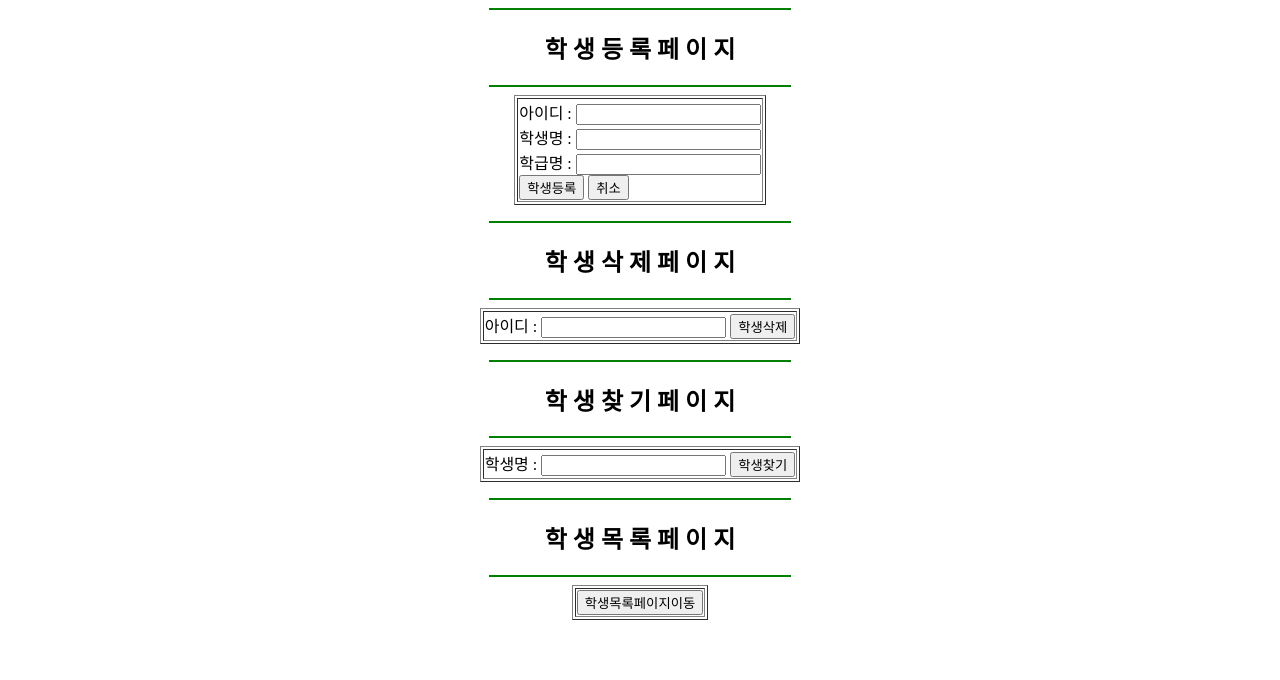
Repository: dlswn666/SpringStudy
Page: http://localhost/mvc3/student.jsp
These files come from the project's save history. The page is drawn as it stood at one moment and after the next save; the edit follows.
The browser window is 1280 px wide. The pictures show the whole page.
The page is served by Tomcat 9. Nobody is signed in. The application's start-up code is not run. Other server files are loaded and not shown.

Above is the page before, as saved 2021-02-21 09:07:23.

### mvc3/WebContent/student.jsp
<%@ page language="java" contentType="text/html; charset=EUC-KR"
    pageEncoding="EUC-KR"%>
<html>
<head>
	<title>학생관리</title>
</head>
<body>
	<div align="center">
		<hr color="green" width="300">
		<h2>학 생 등 록 페 이 지</h2>
		<hr color="green" width="300">
		<form name="f" action="student.do" method="post">
			<table border="1">
				<tr>
					<td>
						아이디 : <input type="text" name="id"><br>
						학생명 : <input type="text" name="name"><br>
						학급명 : <input type="text" name="cname"><br>
						<input type="submit" value="학생등록">
						<input type="reset" value="취소">
					</td>
				</tr>
			</table>
		</form>
		<hr color="green" width="300">
		<h2>학 생 삭 제 페 이 지</h2>
		<hr color="green" width="300">
		<form name="f" action="student.do" method="post">
			<table border="1">
				<tr>
					<td>
						아이디 : <input type="text" name="id">
						<input type="submit" value="학생삭제">
					</td>
				</tr>
			</table>
		</form>
		<hr color="green" width="300">
		<h2>학 생 찾 기 페 이 지</h2>
		<hr color="green" width="300">
		<form name="f" action="student.do" method="post">
			<table border="1">
				<tr>
					<td>
						학생명 : <input type="text" name="name">
						<input type="submit" value="학생찾기">
					</td>
				</tr>
			</table>
		</form>
		<hr color="green" width="300">
		<h2>학 생 목 록 페 이 지</h2>
		<hr color="green" width="300">
		<form name="f" action="list.st" method="post">
			<table border="1">
				<tr>
					<td>
						<input type="submit" value="학생목록페이지이동">
					</td>
				</tr>
			</table>
		</form>
	</div>
</body>
</html>

After the next save:
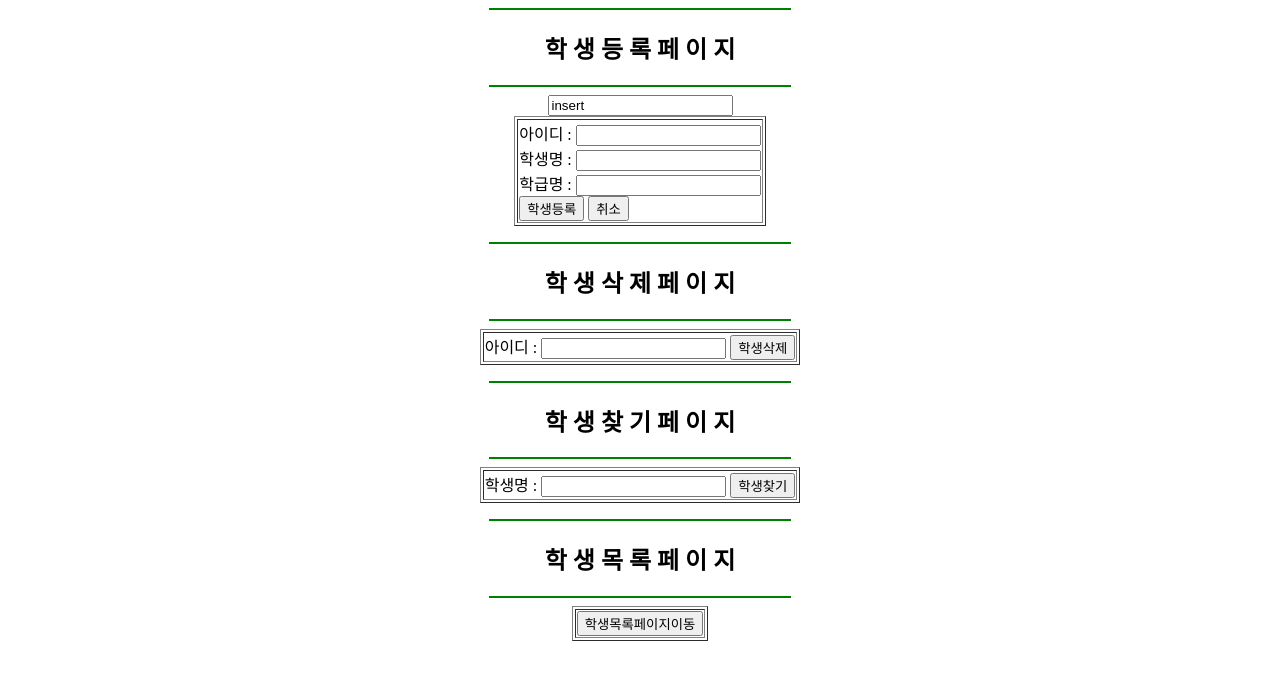
Saved 36 s later.
--- a/mvc3/WebContent/student.jsp
+++ b/mvc3/WebContent/student.jsp
@@ -10,6 +10,7 @@
 		<h2>학 생 등 록 페 이 지</h2>
 		<hr color="green" width="300">
 		<form name="f" action="student.do" method="post">
+		<input type="hiden" name="command" value="insert">
 			<table border="1">
 				<tr>
 					<td>
